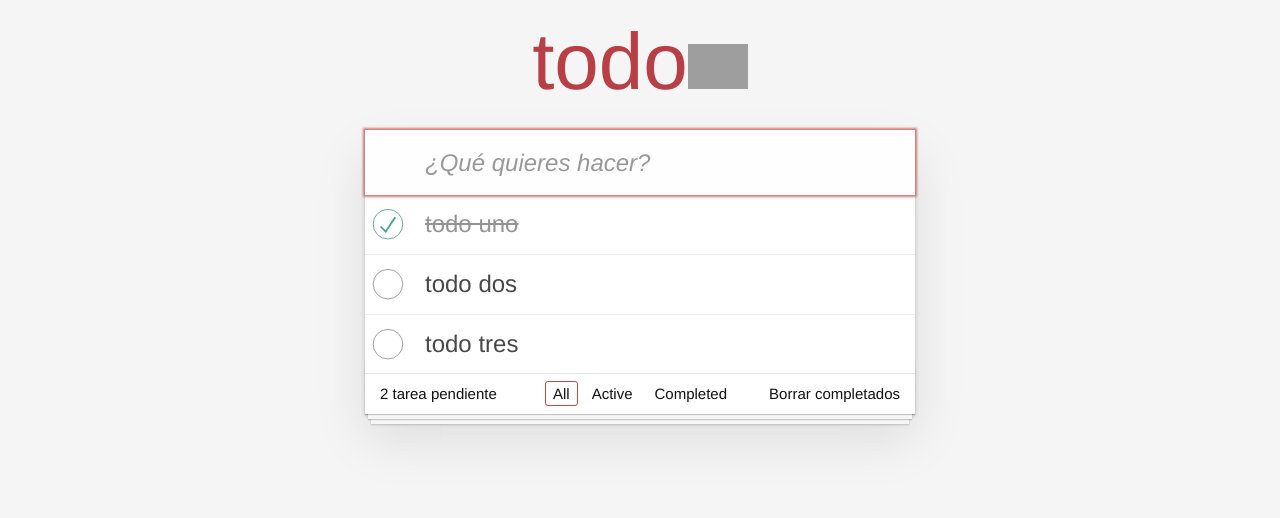
Repository: drsamame/todo-typescript
Page: /
An editor plug-in stored every save of this project. The page is shown before and after the next save, followed by the edit.
The browser window is 1280 px wide. The pictures show the whole page.
Pictures or frames that could not be fetched are drawn as grey boxes. The project was rebuilt for these pictures with package versions that can differ from the ones it lists, and the page was loaded fresh each time. Also part of the build but not shown: vite.config.ts.

Above is the page before, as saved 2024-02-29 02:20:17.

After the next save:
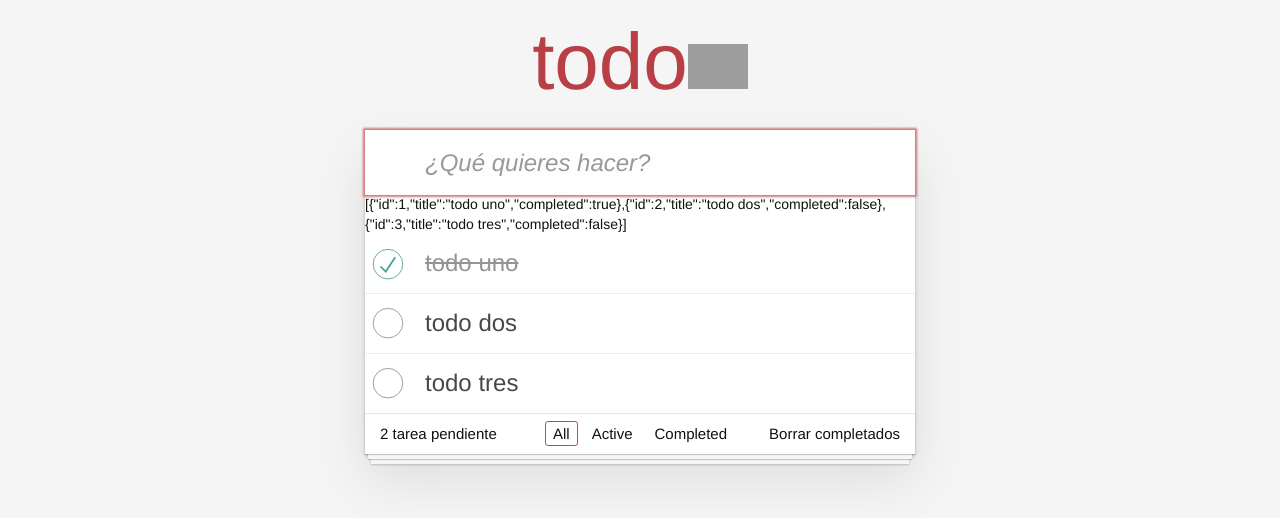
Saved 60 s later.
--- a/src/App.tsx
+++ b/src/App.tsx
@@ -20,6 +20,7 @@ const App = (): JSX.Element => {
       <div className='todoapp'>
         <TodoProvider>
           <Header saveTodo={handleSaveTodo} />
+          {JSON.stringify(filteredTodos)}
           <Todos
             list={filteredTodos}
             onToggleCompleteTodo={handleCompleted}
